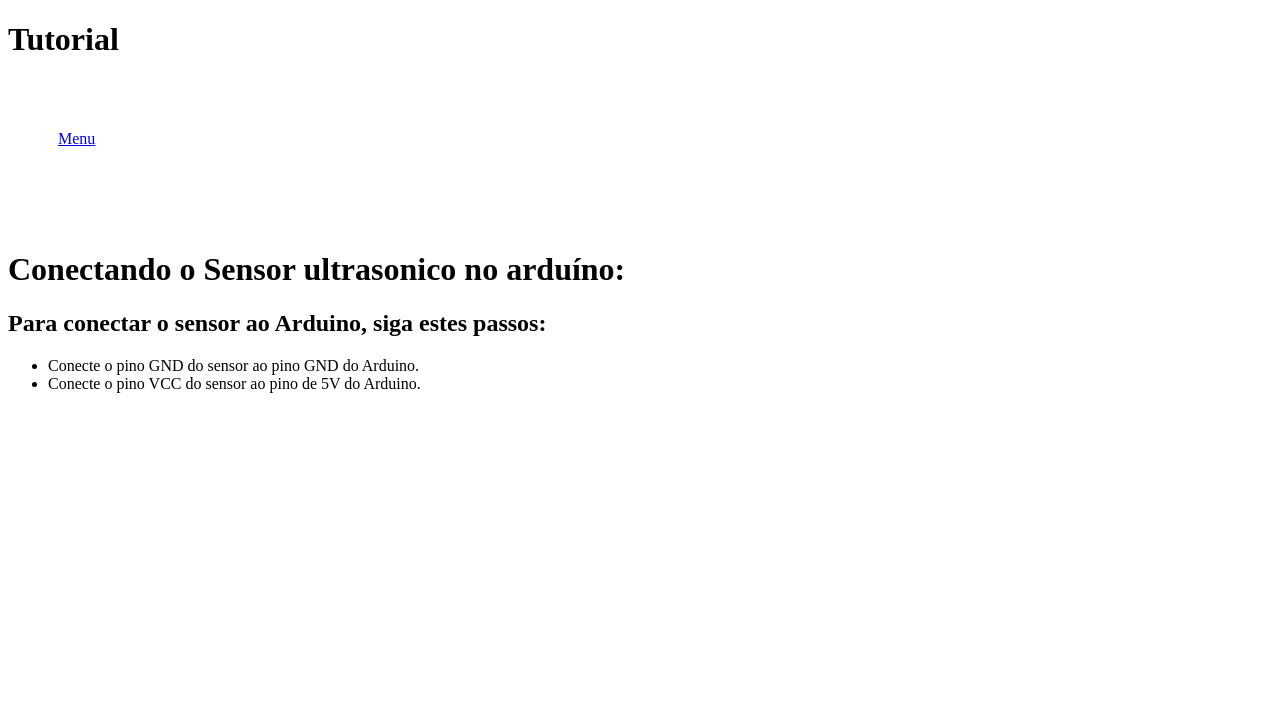
Repository: Eito2511/Site-tutorial-arduino
Page: tutorial.html
These files come from the project's save history. The page is drawn as it stood at one moment and after the next save; the edit follows.
The browser window is 1280 px wide. The pictures show the whole page.

Above is the page before, as saved 2025-06-03 18:14:55.

### tutorial.html
<!DOCTYPE html>
<html lang="en">
  <head>
    <meta charset="UTF-8" />
    <meta name="viewport" content="width=device-width, initial-scale=1.0" />
    <title>Tutorial</title>
  </head>
  <body>
    <header>
      <h1 class="titulo">Tutorial</h1>
    </header>

    <section style="height: 50px; padding: 50px">
      <a href="index.html" class="btn">Menu</a>
    </section>

    <div>
      <h1>Conectando o Sensor ultrasonico no arduíno:</h1>
      <h2>Para conectar o sensor ao Arduino, siga estes passos:</h2>
      <ul>
        <li>Conecte o pino GND do sensor ao pino GND do Arduino.</li>
        <li>Conecte o pino VCC do sensor ao pino de 5V do Arduino.</li>
      </ul>
    </div>
  </body>
</html>

After the next save:
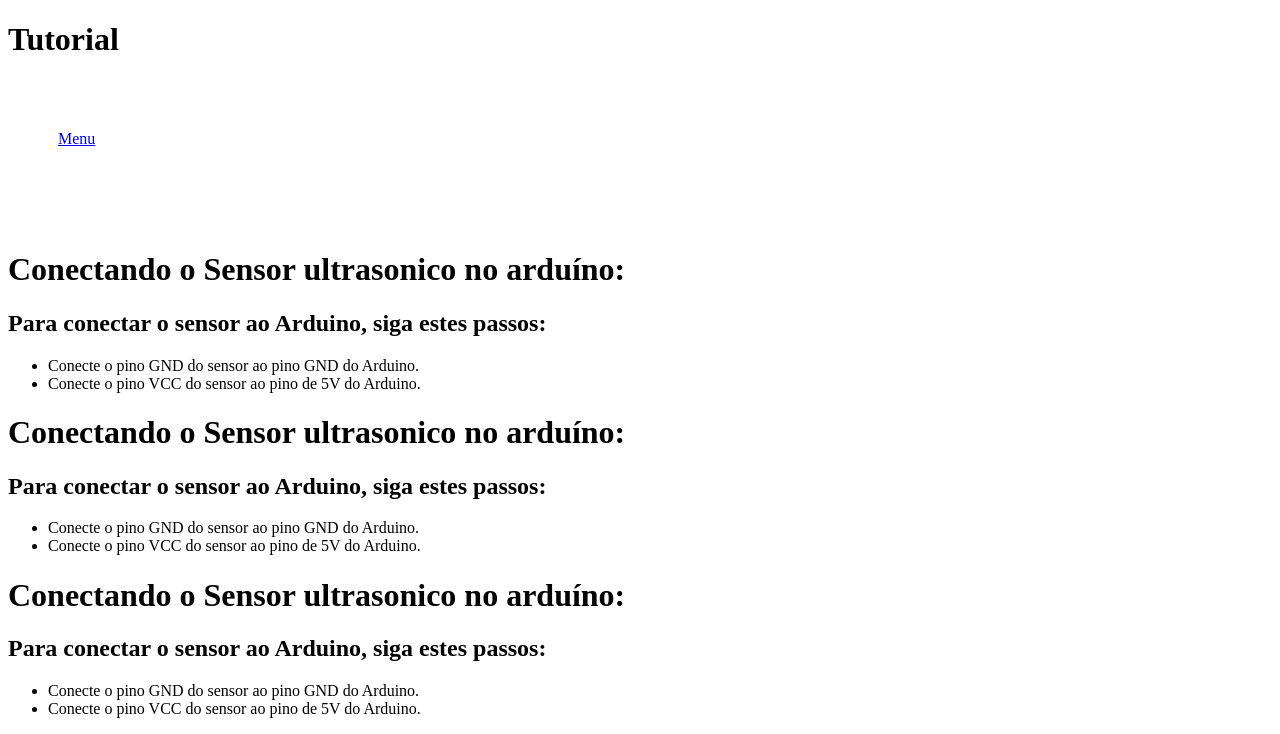
Saved 24 s later.
--- a/tutorial.html
+++ b/tutorial.html
@@ -22,5 +22,23 @@
         <li>Conecte o pino VCC do sensor ao pino de 5V do Arduino.</li>
       </ul>
     </div>
+
+    <div>
+      <h1>Conectando o Sensor ultrasonico no arduíno:</h1>
+      <h2>Para conectar o sensor ao Arduino, siga estes passos:</h2>
+      <ul>
+        <li>Conecte o pino GND do sensor ao pino GND do Arduino.</li>
+        <li>Conecte o pino VCC do sensor ao pino de 5V do Arduino.</li>
+      </ul>
+    </div>
+
+    <div>
+      <h1>Conectando o Sensor ultrasonico no arduíno:</h1>
+      <h2>Para conectar o sensor ao Arduino, siga estes passos:</h2>
+      <ul>
+        <li>Conecte o pino GND do sensor ao pino GND do Arduino.</li>
+        <li>Conecte o pino VCC do sensor ao pino de 5V do Arduino.</li>
+      </ul>
+    </div>
   </body>
 </html>
